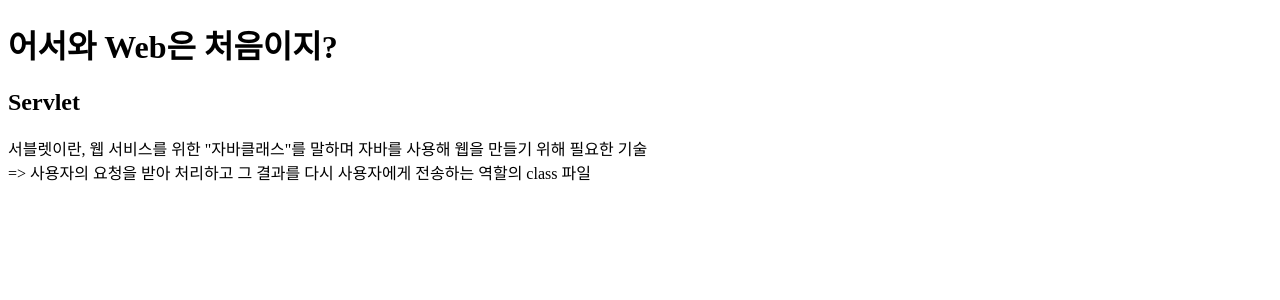
Repository: chuhj1226/servlet
Page: workspace/1_Servlet/WebContent/index.html
The author's editor kept a copy of each file at every save. The page is drawn from the files as they stood at one save, then again after the next save.
The browser window is 1280 px wide. The pictures show the whole page.

Above is the page before, as saved 2021-10-04 08:32:56.

### workspace/1_Servlet/WebContent/index.html
<!DOCTYPE html>
<html>
<head>
<meta charset="UTF-8">
<title>1_Servlet</title>
</head>
<body>
	<h1>어서와 Web은 처음이지?</h1>

	<!--

		환경 설정
		1) tomcat 설치 (dev 폴더에 압축 풀기)
		2) Eclipse의 Server Runtime Environments에서 tomcat 설치 경로 등록 (이클립스에 서버 연동)
		3) Servers 탭에서 서버 등록 (톰캣 기본 포트와 오라클 기본 포트가 동일하게 8080이므로 변경, server publicshing 체크)
		4) 인코딩 설정(UTF-8)
		5) 기타(java-ee, 파일 바로가기 생성)

		* Dynamic Web Project 만들기
		1) Project name : 프로젝트 이름
		2) Target runtime : 웹 어플리케이션을 실행할 서버
		3) Dynamic web module version : 서블릿 버전, 이클립스는 여기에 지정 된 버전으로 소스 코드의 문법을 검사
		4) Source folders on build path : 자바 소스 폴더
		5) Defalut output folder : 컴파일 결과 출력 폴더 (배포 폴더 안에 컴파일 된 클래스 파일이 있어야 하므로 변경)
		6) Context root : 웹 어플리케이션 이름, 기본 값은 프로젝트 이름, 웹 브라우저에서 실행 요청 시 url에서 사용
		7) Context directory : 웹 컨텐츠 파일을 저장할 작업 폴더의 이름 저장
		8) Generate ~ 체크 : 배포 서술자라고 하는 어플리케이션 전체 설정 정보를 가진 web.xml 파일 생성

	 -->

	<h2>Servlet</h2>
	<p>
		서블렛이란, 웹 서비스를 위한 "자바클래스"를 말하며 자바를 사용해 웹을 만들기 위해 필요한 기술<br>
		=> 사용자의 요청을 받아 처리하고 그 결과를 다시 사용자에게 전송하는 역할의 class 파일<br>

	</p>

</body>

</html>

After the next save:
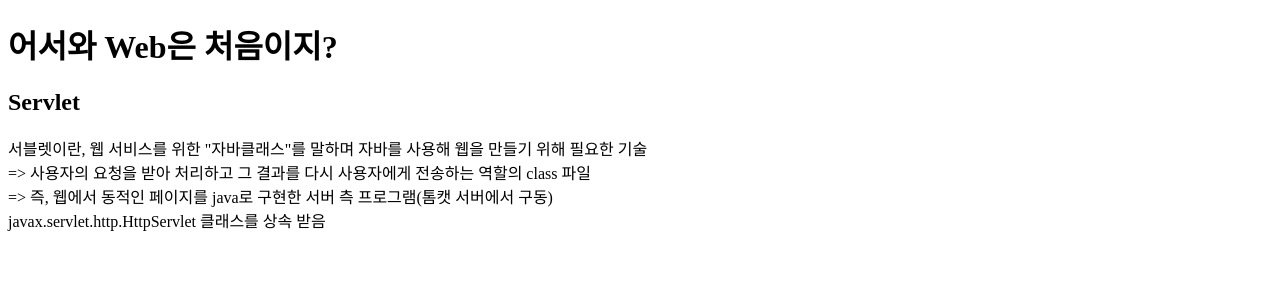
Saved 78 s later.
--- a/workspace/1_Servlet/WebContent/index.html
+++ b/workspace/1_Servlet/WebContent/index.html
@@ -32,7 +32,8 @@
 	<p>
 		서블렛이란, 웹 서비스를 위한 "자바클래스"를 말하며 자바를 사용해 웹을 만들기 위해 필요한 기술<br>
 		=> 사용자의 요청을 받아 처리하고 그 결과를 다시 사용자에게 전송하는 역할의 class 파일<br>
-
+		=> 즉, 웹에서 동적인 페이지를 java로 구현한 서버 측 프로그램(톰캣 서버에서 구동)<br>
+		javax.servlet.http.HttpServlet 클래스를 상속 받음
 	</p>
 
 </body>
